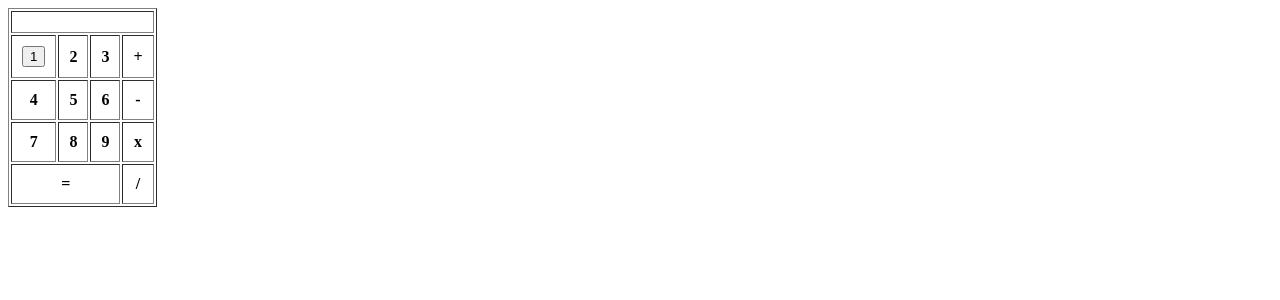
Repository: oUYUo/javaweb_and_javaBaseKnowLedge
Page: http://localhost/computer/
An editor plug-in stored every save of this project. The page is shown before and after the next save, followed by the edit.
The browser window is 1280 px wide. The pictures show the whole page.
The page is served by Tomcat 9.

Above is the page before, as saved 2018-02-27 08:58:51.

After the next save:
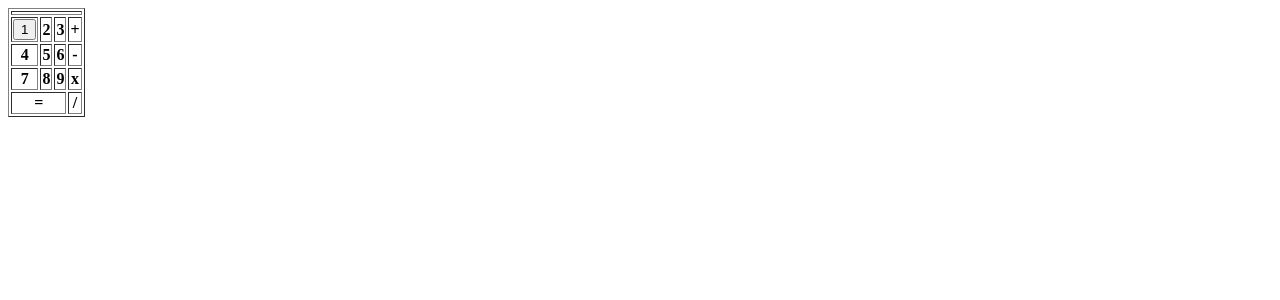
Saved 18 s later.
--- a/computer/WebContent/index.jsp
+++ b/computer/WebContent/index.jsp
@@ -9,7 +9,7 @@
 <body>
 
 <form action="index.jsp" method="post">
-<table border="1" cellpadding="10">
+<table border="1" cellpadding="1">
   <tr>
   <td colspan="4"></td>
 
